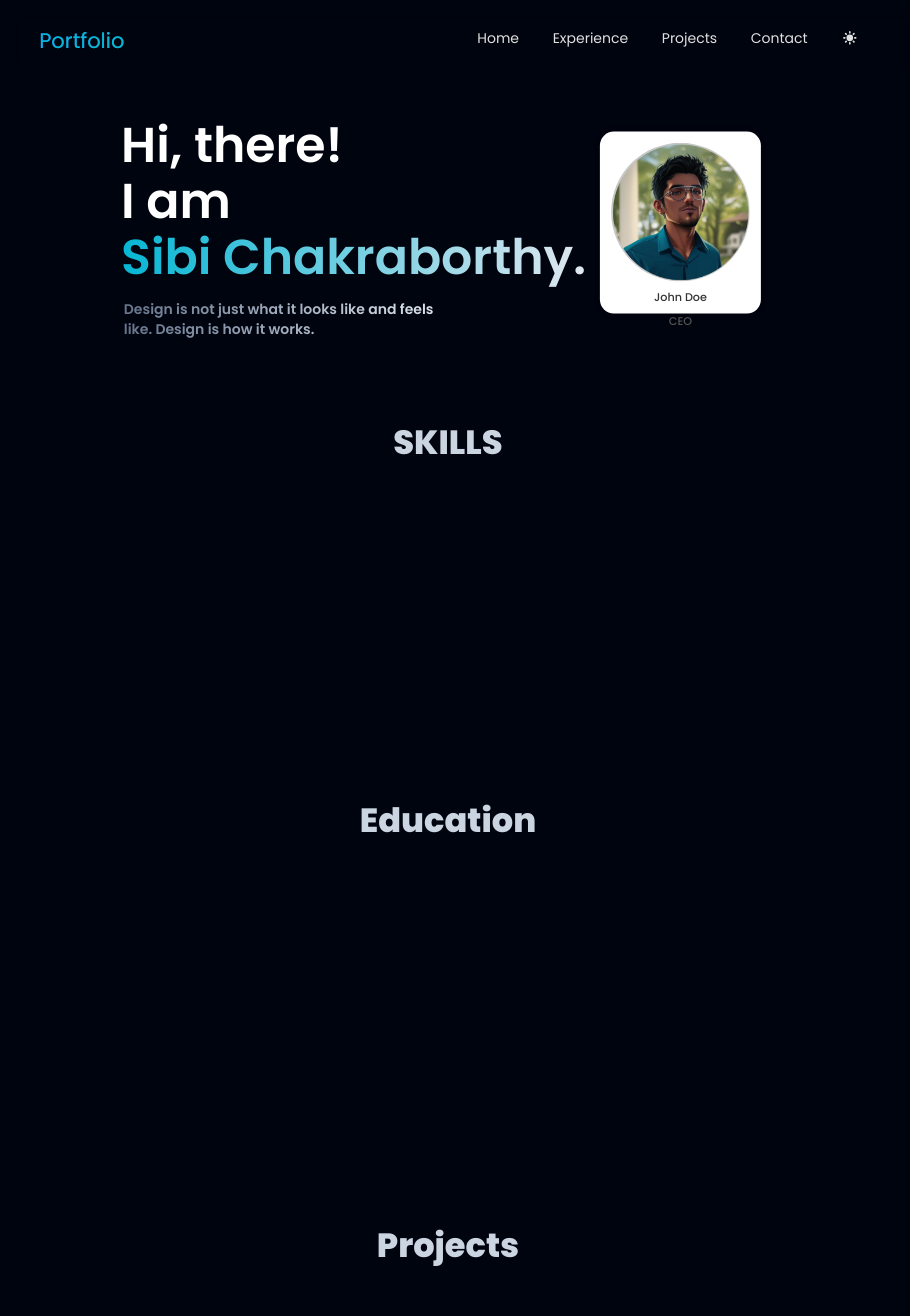
Repository: sibi24sibi/MyPersonalPortfolio
Page: /
These files come from the project's save history. The page is drawn as it stood at one moment and after the next save; the edit follows.
The browser window is 1280 px wide. The page is 1300 px wide, so the pictures cover 1300 px, including what lies to the right of the window. The pictures show the part of the page from y = 0 to 1880 px (the page is 3414 px tall), at 70% of full size.
The pointer rests on the first visible `.team-member img`.
The project was rebuilt for these pictures with package versions that can differ from the ones it lists, and the page was loaded fresh each time. Also part of the build but not shown: vite.config.js, src/components/Menu.jsx, src/components/Footer.jsx.

Above is the page before, as saved 2024-05-03 18:02:04.

### index.html
<!DOCTYPE html>
<html lang="en">

<head>
  <meta charset="UTF-8" />
  <link rel="icon" type="image/svg+xml" href="" />
  <meta name="viewport" content="width=device-width, initial-scale=1 , maximum-scale=1 ,user-scalable=no" />
  <title>
    Personal Portfolio
  </title>
</head>

<body className="darkMode">
  <div id="root" className="px-5 w-screen"></div>
  <script type="module" src="/src/main.jsx"></script>
</body>

</html>

### src/index.css
@import url('https://fonts.googleapis.com/css2?family=Poppins:wght@300;400;500;600;800&display=swap');
@tailwind base;
@tailwind components;
@tailwind utilities;

html {
    @apply overflow-x-hidden scroll-smooth
}

body {

    @apply dark:bg-[#00040f] bg-[#e2e2e2ab]
}

### src/App.jsx
import Navbar from "./components/Navbar";
import About from "./components/About";

import Education from "./components/Education";
import Projects from "./components/Projects";
import Skills from "./components/Skills";

import HashLoader from "react-spinners/HashLoader";
import CTA from "./components/CTA";
import MyEmailLayout from "./components/email";
import Footer from "./components/Footer";


import { useState, useEffect } from "react";

const override = {
  display: "flex",
  justifyContent: "center",
  alignItems: "center",
  marginTop: "5rem",
  borderColor: "red",
};

const App = () => {
  const [loading, setLoading] = useState(true);

  useEffect(() => {
    setLoading(true);
    setTimeout(() => {
      setLoading(false);
    }, 3000);
  }, []);
  return (
    <>
      {loading ? (
        <div className="flex h-screen w-screen justify-center items-center bg-[#00040f] ">
          <HashLoader
            color="#0891b2"
            loading={loading}
            cssOverride={override}
            size={90}
            aria-label="Loading Spinner"
            data-testid="loader"
          />
        </div>
      ) : (
        <div className=" flex flex-col justify-center items-center">
          <Navbar></Navbar>
          <About></About>
          <Skills></Skills>
          <Education></Education>
          <Projects></Projects>
          <CTA></CTA>
          <MyEmailLayout></MyEmailLayout>
          {/* <Footer></Footer> */}
        </div>
      )}
    </>
  );
};
export default App;

### src/components/Navbar.jsx
import { CgMenuRightAlt } from "react-icons/cg";
import { HiSun, HiMoon } from "react-icons/hi";
import { useState, useEffect } from "react";
import Menu from "./Menu";

const Navbar = () => {
  const [nav, setNav] = useState(false);

  const [theme, setTheme] = useState("light");

  useEffect(() => {
    if (theme === "dark") {
      document.documentElement.classList.remove("dark");
    } else {
      document.documentElement.classList.add("dark");
    }
  }, [theme]);

  const handleTheme = () => {
    setTheme(theme === "dark" ? "light" : "dark");
  };

  return (
    <>
      <section className="NAVBAR sticky top-0 backdrop-blur-[5px] z-10 pt-5  translate-x-[20px] min-w-full mt-5 font-['Poppins']  max-sm:p-2 max-sm:mx-1 max-sm:max-h-[48px] ">
        <div className="flex  justify-between capitalize md:ml-9 sm:ml-2">
          <div className="LOGO ">
            <a
              href="#"
              className="text-3xl bg-gradient-to-r from-blue-600 to-cyan-600 bg-clip-text text-transparent dark:text-cyan-500 max-sm:text-2xl"
            >
              {"Portfolio"}
            </a>
          </div>
          <div className="NAVLINKS min-w-full pr-9 text-[20px] translate-x-[-160px]  max-sm:hidden flex justify-end gap-12 text-[#00040f] dark:text-[#e1e1e1] ">
            <a href="#about" className=" hover:text-cyan-500">
              Home
            </a>
            <a href="#experience" className="hover:text-cyan-500">
              Experience
            </a>
            {/* <a href="#education" className="hover:text-cyan-500 ">
              Education
            </a> */}
            <a href="#projects" className="hover:text-cyan-500 ">
              Projects
            </a>
            <a href="#contact" className="hover:text-cyan-500 ">
              Contact
            </a>

            <button onClick={handleTheme}>
              {theme === "dark" ? (
                <HiMoon className="-translate-y-1 text-2xl" />
              ) : (
                <HiSun className="-translate-y-1 text-2xl" />
              )}
            </button>

            </div>
            </div>
          <button onClick={() => setNav(!nav)}>
            <CgMenuRightAlt className="hidden max-sm:block mr-5   absolute top-2  right-10 md:transform-none text-[#00040f] dark:text-[#e1e1e1] text-[32px]" />
          </button>


        {nav && <Menu />}

      </section>



    </>
  );
};
export default Navbar;

### src/components/About.jsx
import Lottie from "lottie-react";
import computer from "../assets/lottie/computer.json";
import Profile from "../assets/Profile.jpg";
import "./about-style.css";

const About = () => {
  return (
    <>
      <section
        id="about"
        className="p-5 mx-2 mb-10 font-medium font-['Poppins'] max-w-6xl max-sm:p-2 max-sm:mx-5"
      >
        <div className="WRAPPER mt-12 flex justify-between max-sm:flex-col gap-35">
        <div className="INTRO text-[70px] leading-[80px] font-semibold max-sm:text-[40px] max-sm:leading-[70px] max-sm:font-semibold">
            <h3 className="text-[#00040f] dark:text-white">
              Hi, there! <br />I am
            </h3>
            <span className="bg-clip-text text-transparent bg-gradient-to-r  from-blue-600 to-cyan-600 dark:from-cyan-500 dark:to-slate-200">
             Sibi Chakraborthy.

            </span>

            <p className="ABOUT h-[100px] text-xl max-sm:text-[15px] bg-clip-text text-transparent  bg-gradient-to-r  from-[#00040f] to-slate-500 dark:from-slate-500 dark:to-slate-200 max-w-[470px] mt-5 pl-1">
            Design is not just what it looks like and feels like. Design is how it works.
            </p>
          </div>
        <div className="div">



        <div className="team-member">
            <img src={Profile} alt="Profile"/>
            <div className="details">
              <h3>John Doe</h3>
              <p>CEO</p>
            </div>
        </div>



        </div>
        </div>
      </section>
    </>
  );
};
export default About;

### src/components/Education.jsx
import Lottie from "lottie-react";
import education from "../assets/lottie/education.json";
import SAEC from "../assets/SAEC.png";
import AOS from "aos";

import { useEffect } from "react";

const Education = () => {
  useEffect(() => {
    AOS.init();
  }, []);
  return (
    <section
      id="education"
      className="EXPERIENCE max-w-6xl p-5 mx-20 mb-25 font-['Poppins']  max-sm:p-2 max-sm:mx-5"
    >
      <div className="WRAPPER mt-10">
        <h1 className="text-[#00040f] dark:text-slate-300 text-center font-extrabold text-5xl mb-5 max-sm:text-4xl   ">
          Education
        </h1>

        <div
          className="EDUCATION flex gap-7 justify-between flex-row-reverse max-sm:flex-col"
          data-aos="fade-right"
        >
          <div className="max-w-[520px] mt-[52px] p-7 max-sm:p-3">
            <div className="flex gap-5">
              <img
                src={SAEC}
                alt="SAEC"
                className="w-[150px] h-[100px]"
              />
              <h1 className="bg-clip-text text-transparent bg-gradient-to-r max-sm:text-[17px] from-amber-500 via-orange-600 to-yellow-500 dark:from-[#ff6600] dark:to-slate-100 font-semibold text-2xl w-[300px] h-[100px] tracking-wider ">
                Syed Ammal engineering college
              </h1>
            </div>

            <div className="mt-7 flex flex-col gap-5 text-left pl-4">
              <h3 className="capitalize  text-slate-800 dark:text-slate-300 text-xl max-sm:text-lg">
                Bachelor of technology
              </h3>
              <p className="italic capitalize text-gray-500 dark:text-slate-500 text-xl max-sm:text-lg leading-9">
                November 2020 - May 2024
              </p>

              <p className="capitalize text-gray-500 dark:text-slate-500 text-xl max-sm:text-lg leading-9">
                Computer Science and Engineering
              </p>
            </div>
          </div>
          <Lottie
            animationData={education}
            loop={true}
            className="max-w-[500px]"
          />
        </div>
      </div>
    </section>
  );
};
export default Education;

### src/components/Skills.jsx
import {
  HTML,
  CSS,
  Github,
  Git,
  Vite,
  TailwindCSS,
  react,
  Python,
  Javascript,
  CPP,
  C,
  Vue,
  nodejs
} from "../constants/Constant";

import AOS from "aos";
import "aos/dist/aos.css";
import { useEffect } from "react";
import Image from "./Img_prop";

const Skills = () => {
  useEffect(() => {
    AOS.init();
  }, []);
  return (
    <>
      <section className="EXPERIENCE p-5  mb-10 max-w-6xl  font-['Poppins']  max-sm:p-2 max-sm:mx-5">
        <div>
        <h1 className="text-[#00040f] dark:text-slate-300 font-extrabold text-5xl text-center max-sm:text-4xl ">
          SKILLS
        </h1>
        </div>
        <div
          className=" grid place-content-start  grid-cols-3 gap-4 max-sm:p-2 mt-10"
          data-aos="zoom-out-up"
        >
          <Image img={HTML}></Image>
          <Image img={CSS}></Image>
          <Image img={Javascript}></Image>
          <Image img={react}></Image>
          <Image img={TailwindCSS}></Image>
          {/* <Image img={Vue}></Image>
          <Image img={CPP}></Image>
          <Image img={C}></Image> */}
          <Image img={Python}></Image>
          {/* <Image img={Vite}></Image> */}
          <Image img={Git}></Image>
          <Image img={Github}></Image>
          <Image img={nodejs}></Image>
        </div>
      </section>
    </>
  );
};
export default Skills;

### src/components/CTA.jsx
function CTA() {
  const resumeLink = "/Sibi-Chakraborthy-V.pdf";
  return (
    <div id="resume" className="pt-36 max-w-6xl resume relative w-full flex justify-center ">

      <div className="pt-14 mx-20 pb-40">
        <h2 className="text-4xl md:text-5xl max-sm:text-[35px] max-sm:leading-[60px] font-bold mb-10 text-[#00040f] dark:text-white text-center">
          Need to know about me more
        </h2>
        <div className="flex justify-center ">
        <a
          href={resumeLink}
          className="cursor-pointer font-bold whitespace-nowrap
        mt-6 px-8 py-3 dark:text-[#e1e1e1] border-2 rounded-full border-[#808080]  bg-bg hover:bg-fun-pink hover:border-fun-pink transition-colors inline-flex items-center"
        >
          <svg class="fill-current w-4 h-4 mr-2" xmlns="http://www.w3.org/2000/svg" viewBox="0 0 20 20"><path d="M13 8V2H7v6H2l8 8 8-8h-5zM0 18h20v2H0v-2z"/></svg>
          <span>Resume</span>

        </a>

        </div>
      </div>


    </div>
  );
}

export default CTA;

### src/components/email.jsx
import React, { useRef, useEffect } from "react";
import emailjs from '@emailjs/browser';



const MyEmailLayout = () => {
  const form = useRef();

  useEffect(() => {
    // Initialize emailjs
    emailjs.init('-fw29uVaf1UZJqOVT');
  }, []);

  const sendEmail = (e) => {
    e.preventDefault();

    emailjs

      .sendForm('service_hgvjibu', 'template_f9rmzk9', form.current)
      .then(
        () => {
          alert('Email sent successfully!');
        },
        (error) => {
          alert('Failed to send email. Please try again later.');
          console.error('Email Error:', error);
        }
      );
  };

  return (
    <div   className="mb-20 max-w-6xl" id="contact">

      <div className=" mx-10 max-sm:mx-5 ">
      <div className="div">
      <h1 className="text-2xl dark:text-[#e1e1e1] font-bold mb-4 ">SEND ME A EMAIL</h1>
      </div>
      <form ref={form} onSubmit={sendEmail}>
        <div className="grid  grid-cols-2 gap-4 flex justify-center">
          <div>
            <label htmlFor="name" className="dark:text-[#e1e1e1]">Name</label>
            <input
              type="text"
              id="name"
              name="user_name"
              className="px-3 py-2 placeholder-gray-400 text-gray-600 relative dark:bg-slate-300 bg-stone-300 rounded text-sm border-0 shadow outline-none focus:outline-none focus:ring  w-full"
            />
          </div>
          <div>
            <label htmlFor="email" className="dark:text-[#e1e1e1]">Email</label>
            <input
              type="email"
              id="email"
              name="user_email"
              className="px-3 py-2 placeholder-gray-400 text-gray-600 relative dark:bg-slate-300 bg-stone-300 rounded text-sm border-0 shadow outline-none focus:outline-none focus:ring w-full"
            />
          </div>
        </div>
        <label htmlFor="message" className="dark:text-[#e1e1e1]">Message</label>
        <textarea
          placeholder=""
          name="message"
          className="px-3 py-2 placeholder-gray-400 text-gray-600 relative dark:bg-slate-300 bg-stone-300 rounded text-sm border-0 shadow outline-none focus:outline-none focus:ring h-40 w-full "
        ></textarea>
        <button
          type="submit"
          className="bg-blue-500 rounded-full text-white px-4 py-2 mt-4 float-right"
          value="Send"
        >
          Send Email
        </button>
      </form>
      </div>
    </div>
  );
};

export default MyEmailLayout;

### src/components/about-style.css
.team-member img {
    width: 200px;
    height: 200px;
    border-radius: 50%;
    object-fit: cover;
    border: 10px solid #fff;
    transition: transform 0.3s ease-in-out;
}
.team-member:hover img{
    transform:translateY(-60px);
}

.team-member:hover  {
    border-radius: 20px;
    height: 260px;
    background-color: #fff;
}
.team-member:hover details {
    opacity: 1px;
}

.team-member {
    text-align: center;
    margin: 20px;
  /*  background-color: #fff;  White background for each team member */
    padding: 15px; /* Add padding for better visual appeal */
    border-radius: 10px; /* Add rounded corners */
    box-shadow: 0 0 10px rgba(0, 0, 0, 0.1); /* Add a subtle box shadow */
}



/* Add a hover effect for better user interaction */
.team-member img:hover {
transform: scale(1.1);
}


.team-member h3 {
    margin: 10px 0;
    color: #333; /* Darken the text color */
}

.team-member p {
    color: #555;
}

### src/components/Project_prop.jsx
/* eslint-disable react/prop-types */

import "./proj_style.css";


const Project_prop = (props) => {
  return (
    <>



      <div className="card bg-blue-100 dark:bg-sky-950 rounded-lg shadow-lg aspect-w-16 aspect-h-9 ">
        <h3
        className="title capitalize font-bold h-20 text-slate-800 dark:text-slate-300 text-xl max-sm:text-lg m-5 text-center"
        >
          {props.title}
        </h3>
            <div className="bar h-1 min-w-40 dark:bg-gray-800  bg-slate-600  mx-5"></div>
        <div className="flex gap-1 ml-3 mt-3 ">
                {props.react}
                {props.vite}
                {props.html5}
                {props.css3}
                {props.php}
                {props.mysql}
                {props.javascript}
                {props.tailwindcss}
                {props.laravel}
                {props.bootstrap}
                {props.wordpress}

        </div>
        <p className="dark:text-slate-500 mt-2 text-sm px-5  select-none">
          {props.para}
        </p>
      </div>




    </>
  );
};
export default Project_prop;

### src/constants/Constant.jsx
import C from "../assets/C.png";
import CPP from "../assets/CPP.png";
import HTML from "../assets/HTML.png";
import Github from "../assets/Github.png";
import CSS from "../assets/CSS.png";
import Python from "../assets/Python.png";
import Javascript from "../assets/Javascript.png";
import Git from "../assets/Git.png";
import Vite from "../assets/Vite.png";
import TailwindCSS from "../assets/TailwindCSS.png";
import react from "../assets/react.png";
import Vue from "../assets/vue.png";
import nodejs from "../assets/nodejs.png";

import Hackthechain from "../assets/HackTheChainLogo.png";
import GSSOC from "../assets/GSSoc.jpg";
import IITB from "../assets/IITB.png";
import Sports from "../assets/Sports_Club.png";
import IIITians from "../assets/IIITians_Network.png";
import GDSC from "../assets/GDSC.png";
import KDE from "../assets/kde.png";
import Oppia from "../assets/oppia.png";

import GPT4 from "../assets/gpt4.jpg";
import Portfolio from "../assets/portfolio.jpg";
import Rocket from "../assets/Rocket.jpg";
import Game from "../assets/Stone.jpg";
import WellBeing from "../assets/well-being.jpg";

export {
  C,
  CPP,
  HTML,
  CSS,
  Github,
  Git,
  Vite,
  TailwindCSS,
  react ,
  Python,
  Javascript,
  Vue,
  Hackthechain,
  GSSOC,
  IITB,
  Sports,
  IIITians,
  GPT4,
  Portfolio,
  Rocket,
  WellBeing,
  Game,
  GDSC,
  KDE,
  nodejs,
  Oppia,
};

### src/components/Img_prop.jsx
const Img_prop = ({ img }) => {
  return (
    <>
      <div className="mr-60 w-[100px] max-sm:w-[75px] h-[100px] max-sm:h-[75px] shadow-xl shadow-slate-300 dark:shadow-lg dark:shadow-blue-500/50 bg-gradient-to-bl from-[#ccc] to-[#eee] dark:from-[#051937] dark:to-[#222] rounded-full place-content-center grid translate-x-[100px] max-sm:translate-x-1">
        <img src={img} alt="html" className="max-sm:h-[45px] h-[55px] " />
      </div>
    </>
  );
};
export default Img_prop;

### src/components/proj_style.css



  .card {
    position: relative;
    left: 0px;
    width: 200px;
    height: fit-content;
    min-height: 320px;
    padding-bottom: 10px;
  }

  .card:not(:first-child) {
      margin-left: -50px;
  }

  .card:hover {
    transform: translateY(-20px);
    transition: 0.4s ease-out;
  }

  .card:hover ~ .card {
    position: relative;
    left: 50px;
    transition: 0.4s ease-out;
  }

@media only screen and (max-width: 600px) {
  .card {
    position:unset;
    left:unset;
    padding-bottom:unset;
    margin: 10px;;
    padding-bottom:unset;
  }
  .card:hover {
    transform:unset ;
    transition:unset;
    margin-left:unset;
  }
  .card:not(:first-child) {
    margin-left:10px;

  }
  .card:hover ~ .card {
    position:unset;
    left:unset;
    transition:unset;
  }
}

Loaded but not shown: src/main.jsx (common file); src/assets/lottie/computer.json (common file); src/assets/lottie/Education.json (common file); tailwind.config.js (common file); src/components/Projects.jsx (189 lines, source omitted)

After the next save:
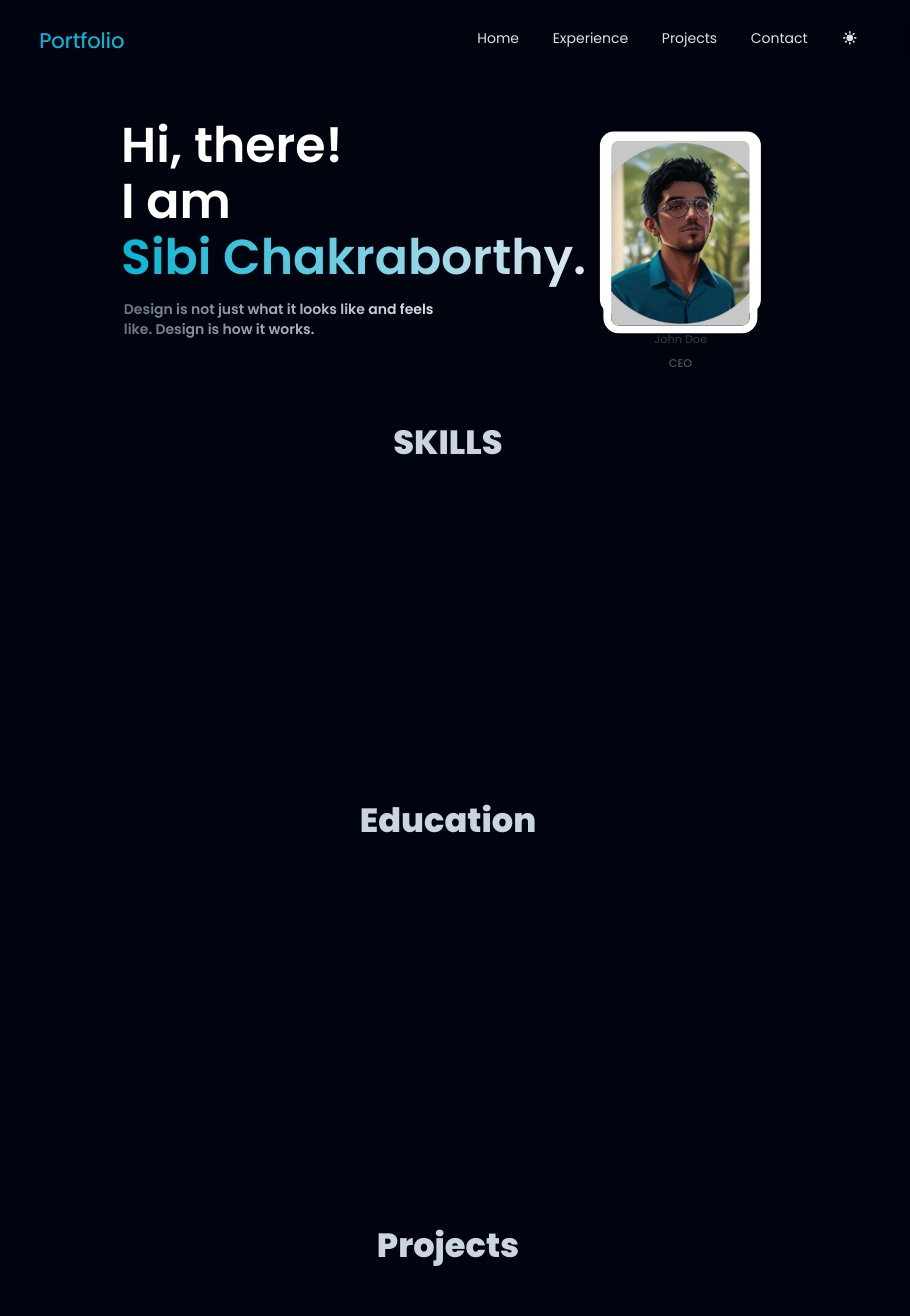
Saved 3 min 18 s later.
--- a/src/components/about-style.css
+++ b/src/components/about-style.css
@@ -15,6 +15,13 @@
     height: 260px;
     background-color: #fff;
 }
+
+.team-member img:hover  {
+    border-radius: 20px;
+    height: 260px;
+    background-color: #fff;
+}
+
 .team-member:hover details {
     opacity: 1px;
 }

After the save that followed:
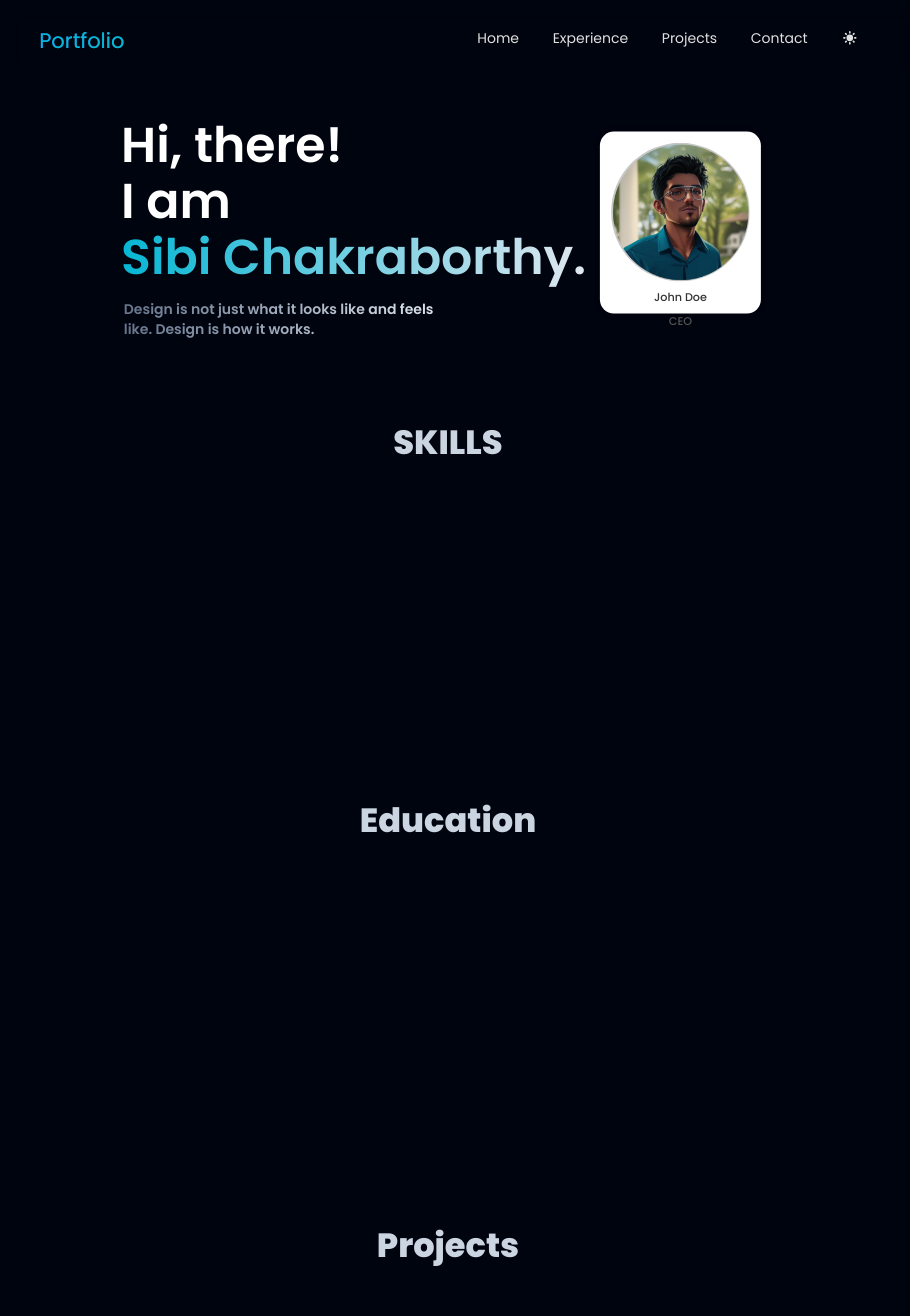
Saved 23 s later.
--- a/src/components/about-style.css
+++ b/src/components/about-style.css
@@ -16,10 +16,8 @@
     background-color: #fff;
 }
 
-.team-member img:hover  {
-    border-radius: 20px;
-    height: 260px;
-    background-color: #fff;
+.team-member img:hover img {
+    transform:translateY(-60px);
 }
 
 .team-member:hover details {
